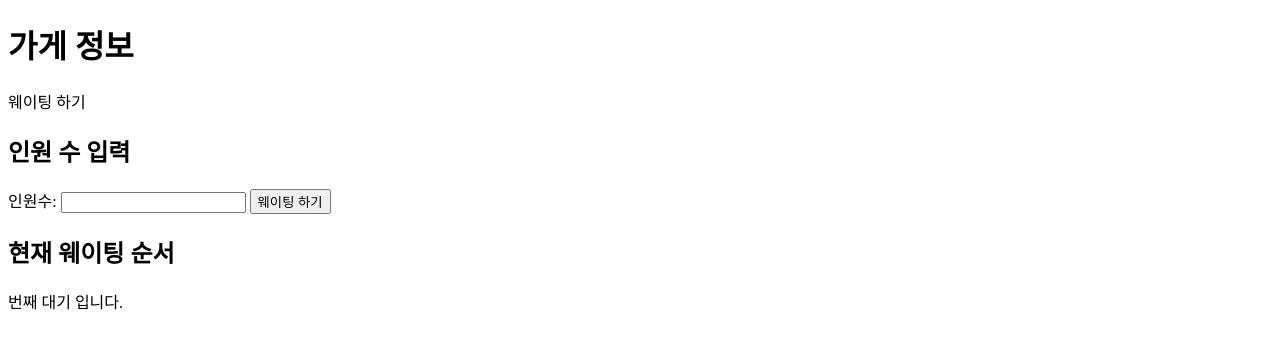
Repository: MeGuuuun/-_TableJava
Page: http://localhost/kimbanbagi/wait.jsp
These files come from the project's save history. The page is drawn as it stood at one moment and after the next save; the edit follows.
The browser window is 1280 px wide. The pictures show the whole page.
The page is served by Tomcat 10. The template is opened directly, without the code that normally fills it, so the values that code supplies are empty.

Above is the page before, as saved 2024-06-12 00:38:20.

After the next save:
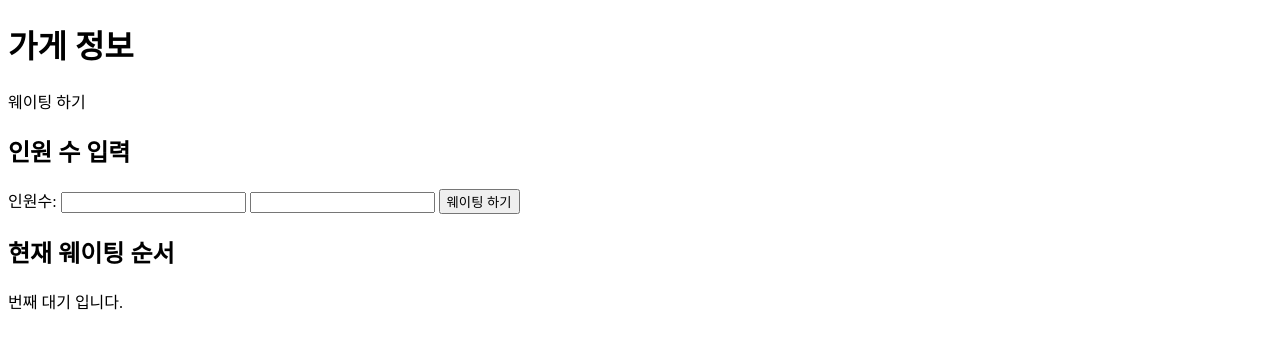
Saved 61 s later.
--- a/tableJava/kimbanbagi/WebContent/wait.jsp
+++ b/tableJava/kimbanbagi/WebContent/wait.jsp
@@ -17,6 +17,7 @@
             <input type="hidden" name="restaurantName" value="${restaurantName}">
             <label for="headCount">인원수:</label>
             <input type="number" id="headCount" name="headCount" min="1" required>
+            <input type="text" name="phoneNumber">
             <button type="submit" name="action" value="addBook">웨이팅 하기</button>
         </form>
     </div>
